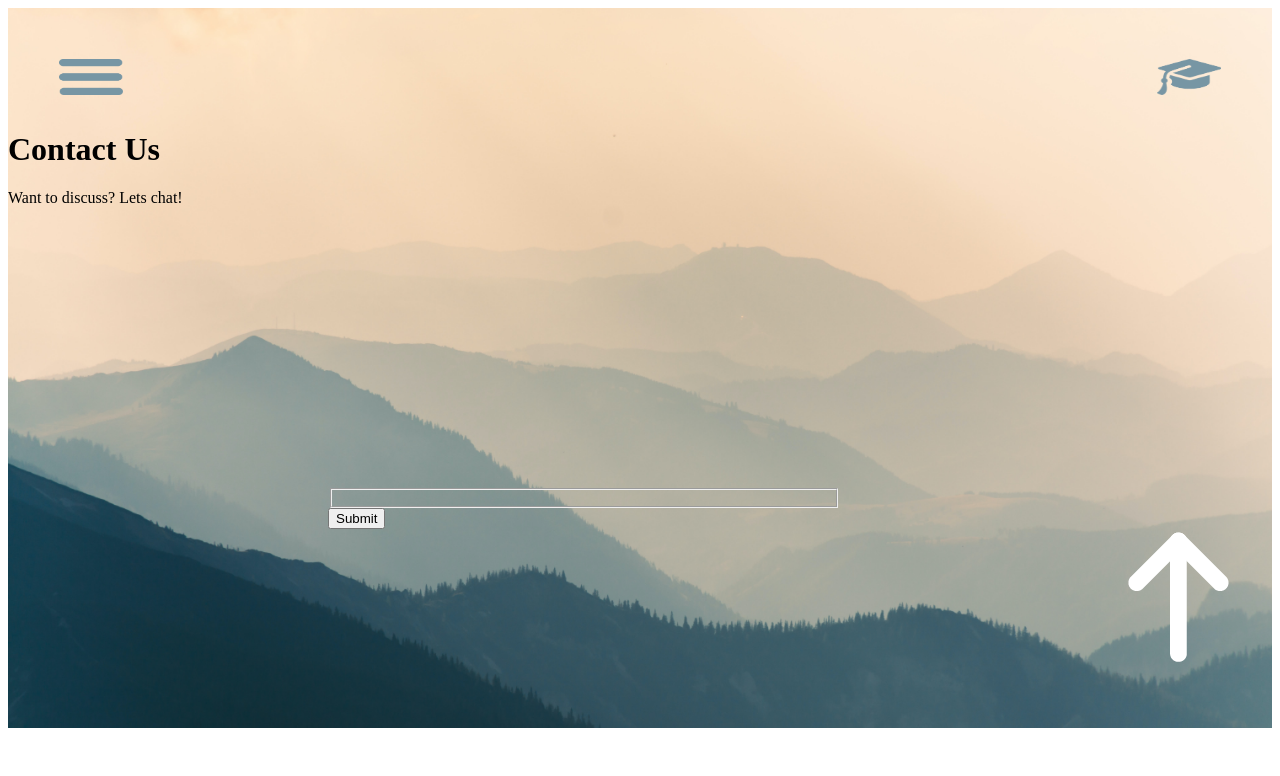
Repository: sierralaurent/MDIA2109-Assignment01
Page: /contact
The author's editor kept a copy of each file at every save. The page is drawn from the files as they stood at one save, then again after the next save.
The browser window is 1280 px wide. The pictures show the whole page.
The project was rebuilt for these pictures with package versions that can differ from the ones it lists, and the page was loaded fresh each time. The framework's server and built-in components were replaced by stand-ins that run in the browser. Also part of the build but not shown: next.config.js.

Above is the page before, as saved 2023-02-01 17:18:14.

### pages/contact.js
import Head from 'next/head'
import Image from 'next/image'
import { Inter } from '@next/font/google'
import styles from '@/styles/Home.module.css'
import Link from 'next/link'

export default function Contact() {
    return (
        <>
        <Head>
        <title>Contact Us</title>
        <meta name="author" content="MDIA 2109" />
        <meta property="og:title" content="Assignment #1 - Contact Us Page" />
        <meta property="og:description" content="BCIT Digital Design and Development Diploma" />
        <link rel="icon" href="/favicon.png" />
      </Head>
      <main className={styles.main}>
        <div className={styles.nav}>
            <img src="icons/menu-icon.png" className={styles.icon1}/>
            <img src="icons/graduation-hat.png" className={styles.icon2}/>
          </div>
        <div>
        <h1>Contact Us</h1>
        <div>
            <p>Want to discuss? Lets chat!</p>
            <div className={styles.middle}>
              <form>
                <fieldset>
                <table>
                    <thead>
                        <tr></tr>
                    </thead>
                    <thead>
                        <tr></tr>
                    </thead>
                </table>
                </fieldset>
            </form>
            <button type="submit">Submit</button>
              </div>
        </div>
        </div>
        <div className={styles.bottom}>
            <a href="/about">
              <span className={styles.icon3}>
                <img
                src="icons/upwardArrow.png"
                />
              </span>
            </a>
          </div>
      </main>
        </>
    )
  }

### styles/Home.module.css
.carouselImage {
  height: 200px;
  background-repeat: no-repeat;
  background-size: cover;
  display: flex;
  justify-content: center;
  align-items: center;
  margin: 40px 0px;
}
.main {
  background-image: url('../public/background-images/backgroundMountain.jpg');
  background-size: cover;
  height: 100vh;
  position: relative;
}

.intro {
  position: absolute;

}

.buttons {
  position: absolute;
  bottom: 6rem;
  left: 1rem;

}
.butt {
  border: 3px solid white;
  border-radius: 8%;
  background-color: transparent;
  width: 10vw;
  height: 2.5vh;
  max-width: 15vw;
  max-height: 5vh;
  font-size: 1.25vh;

}

.butt:hover {
  background-color: white;
  color: black;
}

.h1 {
  font-size: 50px;
  padding: 2%;
}
.p {
  font-size: 22px;
  padding: 2%;
}

.middle {
  position: absolute;
  height: 40vh;
  width: 40vw;
  max-width: 40vw;
  max-height: 40vh;
  top: 30rem;
  left: 20rem;
}

.icon1 {
  width: 5vw;
  height: 5vh;
  float: left;
}

.icon2 {
  width: 5vw;
  height: 5vh;
  float: right;
}

.icon3 {
  width: 5vw;
  height: 5vh;
  float: right;
}

.bottom {
  position: absolute;
  bottom: 10rem;
  right: 5rem;
}

.nav {
  padding: 4%;
}

Loaded but not shown: pages/_document.js (common file); pages/api/hello.js (common file)

After the next save:
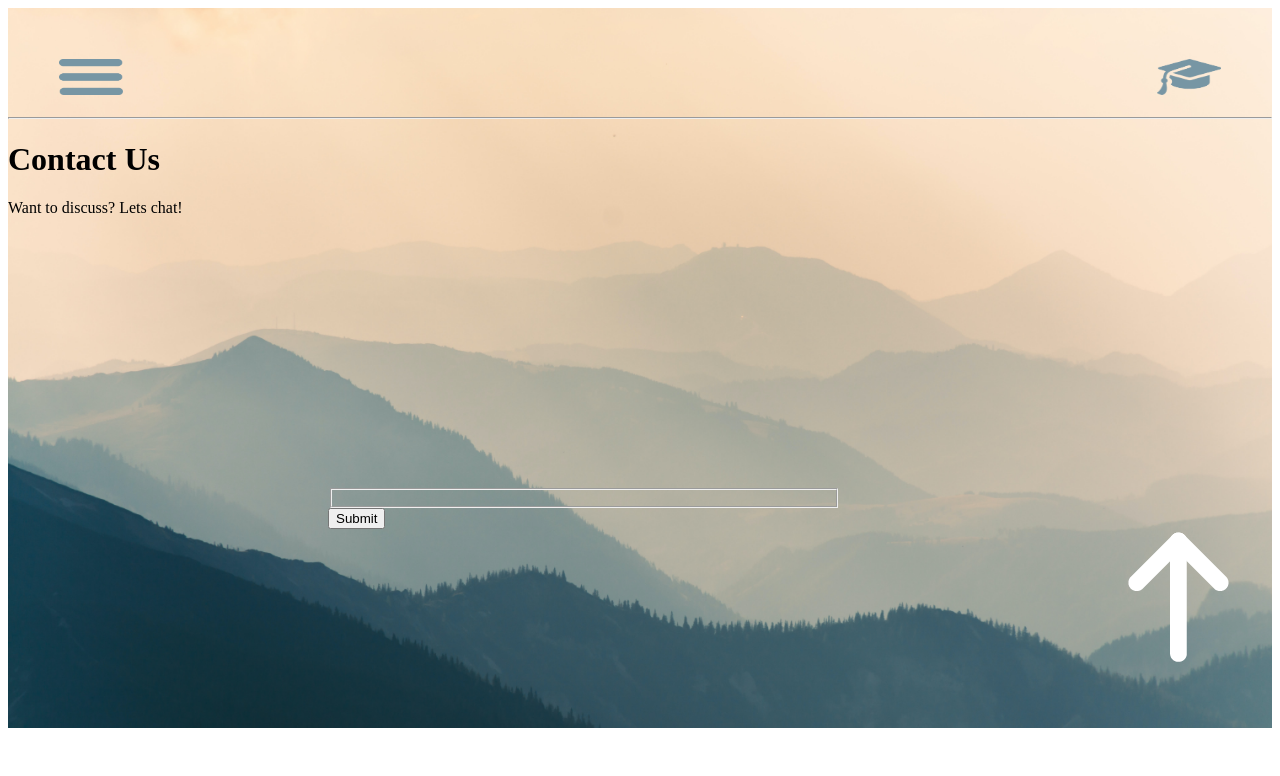
Saved 10 s later.
--- a/pages/contact.js
+++ b/pages/contact.js
@@ -20,7 +20,7 @@ export default function Contact() {
             <img src="icons/graduation-hat.png" className={styles.icon2}/>
           </div>
         <div>
-        <h1>Contact Us</h1>
+        <hr></hr><h1>Contact Us</h1>
         <div>
             <p>Want to discuss? Lets chat!</p>
             <div className={styles.middle}>

After the save that followed:
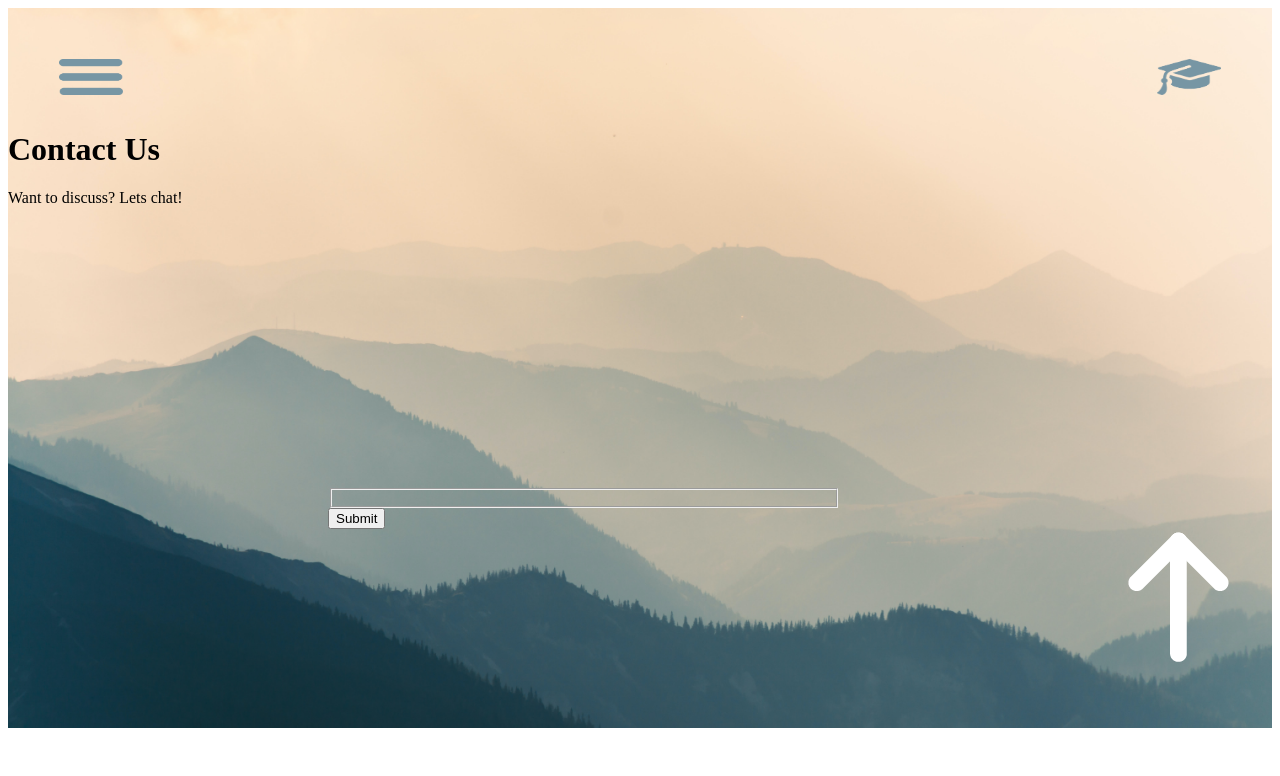
Saved 29 s later.
--- a/pages/contact.js
+++ b/pages/contact.js
@@ -19,8 +19,8 @@ export default function Contact() {
             <img src="icons/menu-icon.png" className={styles.icon1}/>
             <img src="icons/graduation-hat.png" className={styles.icon2}/>
           </div>
-        <div>
-        <hr></hr><h1>Contact Us</h1>
+
+        <h1>Contact Us</h1>
         <div>
             <p>Want to discuss? Lets chat!</p>
             <div className={styles.middle}>
@@ -39,7 +39,6 @@ export default function Contact() {
             <button type="submit">Submit</button>
               </div>
         </div>
-        </div>
         <div className={styles.bottom}>
             <a href="/about">
               <span className={styles.icon3}>
